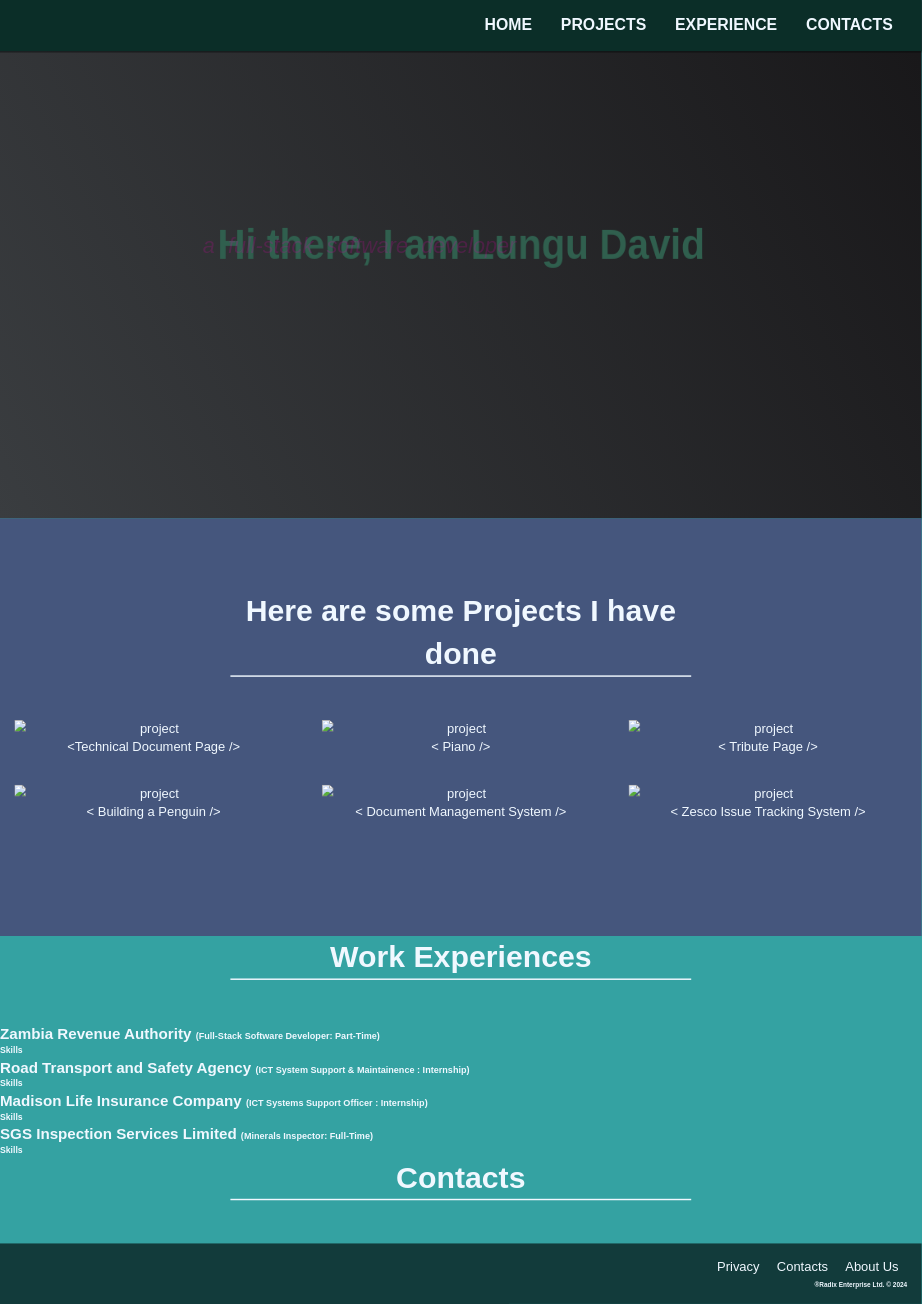
Repository: Lungdjos/personal_portifolio
Page: html/index.html
These files come from the project's save history. The page is drawn as it stood at one moment and after a run of saves; the edit follows.
The browser window is 1280 px wide. The pictures show the whole page, at 72% of full size.

Above is the page before, as saved 2024-02-04 00:21:55.

### html/index.html
<!DOCTYPE html>
<html lang="en">

<head>
    <meta charset="UTF-8">
    <meta name="viewport" content="width=device-width, initial-scale=1.0">
    <title>Personal Portifolio</title>
    <link rel="stylesheet" href="/css/styles.css">
</head>

<body>
    <header class="header">
        <nav id="navbar">
            <ul class="nav-list">
                <li><a href="#Home" class="nav-link"><i class=""></i>Home</a></li>
                <li>
                    <a href="#Projects" class="nav-link"> <i class=""></i>Projects</a>
                </li>
                <li>
                    <a href="#Work-Experience" class="nav-link"> <i class=""></i>Experience</a>
                </li>
                <li><a href="#Contacts" class="nav-link"><i class=""></i>Contacts</a></li>
            </ul>
        </nav>
    </header>
    <main class="m-3">
        <div id="spacer"></div>
        <section class="home" id="Home">
            <div id="welcome-section">
                <h1 id="title">Hi there, I am Lungu David</h1>
                <p id="sub-title"><span>a</span> <span>full-stack</span> <span>software</span> <span>developer</span></p>
            </div>
        </section>

        <div id="spacer"></div>
        <section class="project-section" id="Projects">
            <h2 id="project-heading" class="heading">Here are some Projects I have done</h2>

            <div class="project-grid">
                <a href="" target="_blank" class="project project-title">
                    <img class="project-image" src="" alt="project">
                    <p class="project-title">
                        <span class="code">&lt;</span>Technical Document Page
                        <span class="code">/&gt;</span>
                    </p>

                </a>

                <a href="" target="_blank" class="project project-title">
                    <img class="project-image" src="" alt="project">
                    <p class="project-title">
                        <span class="code">&lt;</span> Piano
                        <span class="code">/&gt;</span>
                    </p>
                </a>

                <a href="" target="_blank" class="project project-title">
                    <img class="project-image" src="" alt="project">
                    <p class="project-title">
                        <span class="code">&lt;</span> Tribute Page
                        <span class="code">/&gt;</span>
                    </p>
                </a>

                <a href="" target="_blank" class="project project-title">
                    <img class="project-image" src="" alt="project">
                    <p class="project-title">
                        <span class="code">&lt;</span> Building a Penguin
                        <span class="code">/&gt;</span>
                    </p>
                </a>

                <a href="" target="_blank" class="project project-title">
                    <img class="project-image" src="" alt="project">
                    <p class="project-title">
                        <span class="code">&lt;</span> Document Management System
                        <span class="code">/&gt;</span>
                    </p>
                </a>

                <a href="" target="_blank" class="project project-title">
                    <img class="project-image" src="" alt="project">
                    <p class="project-title">
                        <span class="code">&lt;</span> Zesco Issue Tracking System
                        <span class="code">/&gt;</span>
                    </p>
                </a>

            </div>
        </section>
        <div id="spacer"></div>
        <section class="work-exp-section" id="Work-Experience">
            <h2 class="heading work-exp-heading">Work Experiences</h2>
            <div id="grid">
                <div id="icon"></div>
                <div class="experience">
                    <h3>Zambia Revenue Authority <small>(Full-Stack Software Developer: Part-Time)</small></h3>
                    <h6 class="skills">Skills</h6>
                    <p>
                        <ul>
                            <li></li>
                            <li></li>
                            <li></li>
                            <li></li>
                        </ul>
                    </p>
                </div>
            </div>

            <div id="grid">
                <div id="icon"></div>
                <div class="experience">
                    <h3>Road Transport and Safety Agency <small>(ICT System Support & Maintainence : Internship)</small></h3>
                    <h6 class="skills">Skills</h6>
                    <p>
                        <ul>
                            <li></li>
                            <li></li>
                            <li></li>
                            <li></li>
                        </ul>
                    </p>
                </div>
            </div>

            <div id="grid">
                <div id="icon"></div>
                <div class="experience">
                    <h3>Madison Life Insurance Company <small>(ICT Systems Support Officer : Internship)</small></h3>
                    <h6 class="skills">Skills</h6>
                    <p>
                        <ul>
                            <li></li>
                            <li></li>
                            <li></li>
                            <li></li>
                        </ul>
                    </p>
                </div>
            </div>

            <div id="grid">
                <div id="icon"></div>
                <div class="experience">
                    <h3>SGS Inspection Services Limited <small>(Minerals Inspector: Full-Time)</small></h3>
                    <h6 class="skills">Skills</h6>
                    <p>
                        <ul>
                            <li></li>
                            <li></li>
                            <li></li>
                            <li></li>
                        </ul>
                    </p>
                </div>
            </div>
        </section>
        <div id="spacer"></div>
        <section class="contact" id="Contacts">
            <h2 class="heading contacts-heading">Contacts</h2>
        </section>
    </main>
    <footer>
        <ul>
            <li><a href="">Privacy</a></li>
            <li><a href="">Contacts</a></li>
            <li><a href="">About Us</a></li>
        </ul>
        <span>&REG;Radix Enterprise Ltd. &copy; 2024</span>
    </footer>
</body>

</html>

### css/styles.css
/** STYLING FOR THE PORTIFOLIO **/


/* the root selector */

:root {
    /* colors */
    --col-1: aliceblue;
    --col-2: grey;
    --bc-1: #34a2a2;
    --bc-2: #0b2e28;
    --bc-3: #123b3b;
    --bc-4: #45567d;
    /* values */
}


/* general stylings */

html {
    font-size: 62.5%;
    box-sizing: border-box;
    scroll-behavior: smooth;
}

* {
    margin: 0;
    padding: 0;
}


/* box-sizing and font sizing */

*,
*::before,
*::after {
    box-sizing: inherit;
}


/* body styling */

body {
    font-family: 'Poppins', sans-serif;
    font-size: 1.8rem;
    font-weight: 400;
    line-height: 1.4;
    color: var(--col-1);
    background-color: var(--bc-1);
}


/* headings styling */

h1,
h2 {
    font-family: 'Raleway', sans-serif;
    font-weight: 600;
    text-align: center;
}

h1 {
    font-size: 6rem;
}

h2 {
    font-size: 4.2rem;
}


/* List and anchor styling */

ul {
    list-style: none;
}

a {
    color: var(--col-1);
    text-decoration: none;
}

img {
    display: block;
    width: 100%;
}


/** NAVIGATION BAR */


/* nav bar styling */

nav {
    font-weight: 600;
}

.header {
    display: flex;
    justify-content: flex-end;
    position: fixed;
    top: 0;
    left: 0;
    width: 100%;
    box-shadow: 0 2px 0 rgba(0, 0, 0, 0.4);
    z-index: 10;
    background-color: var(--bc-2);
}

nav>ul {
    display: flex;
    margin-right: 2rem;
    text-transform: uppercase;
}

.nav-list a {
    display: block;
    font-size: 2.2rem;
    padding: 2rem;
}

.nav-list a:hover {
    background: var(--bc-4);
}


/* body styling */

#spacer {
    max-width: 1000px;
    width: 100%;
    margin: 0 auto;
}

main>li {
    list-style-type: disc;
}


/** HOME PAGE */


/* Styling or the Home Page */

.home {
    width: 100%;
    height: 100vh;
    display: flex;
    flex-direction: column;
    justify-content: center;
    align-items: center;
    background: inherit;
    background-image: linear-gradient(62deg, #3a3d40 0%, #181719 100%);
}

#welcome-section>p {
    font-size: 3rem;
    font-weight: 200;
    font-style: italic;
    color: #d0a;
}

#title {
    transform-origin: center;
    animation: rotateAndChangeColor 14s infinite ease-in-out;
}

#sub-title {
    text-indent: 10px;
}

#sub-title span {
    display: inline-block;
    animation: fallAnimation 4s infinite ease-in-out forwards;
}


/** PROJECTS */


/* styling for projects */

.project-section {
    text-align: center;
    padding: 10rem 2rem;
    background: var(--bc-4);
}

.heading {
    max-width: 640px;
    margin: 0 auto 6rem auto;
    border-bottom: .2rem solid var(--col-1);
}


/* grids */

.project-grid {
    display: grid;
    grid-template-columns: repeat(auto-fit, minmax(360px, 1fr));
    grid-gap: 4rem;
    width: 100%;
    max-width: 1280px;
    margin: 0 auto;
    margin-bottom: 6rem;
}

.project {
    background: var()
}


/* Work Experience */

.work-exp-section small {
    font-size: 60%;
}


/* #Work-Experience #icon {
    display: flex;
    flex-direction: column;
    justify-content: center;
    height: 150px;
    width: 20vw;
}

#Work-Experience .experience {
    display: flex;
    flex-direction: column;
    justify-content: center;
    height: 125px;
    width: 80vw;
    padding: 5px;
} */


/** FOOTER */


/* footer styling */

footer {
    margin-top: 25px;
    padding: 20px;
    width: 100%;
    background-color: var(--bc-3);
}

footer>ul {
    display: flex;
    justify-content: flex-end;
}

footer>ul>li {
    padding: 0 12px;
}

footer>span {
    display: flex;
    justify-content: flex-end;
    margin-top: 6px;
    font-size: .9rem;
    font-weight: bold;
}


/** ANIMATIONS AND EFFECTS */


/* Welcome Page Animations */

@keyframes rotateAndChangeColor {
    0% {
        transform: rotateY(0deg);
        color: #333;
    }
    30% {
        transform: rotateY(360deg);
        color: #2e604a;
    }
    60% {
        transform: rotate(0deg);
        color: #45567d;
    }
    90% {
        transform: rotate(360deg);
        color: #ff6347;
    }
}

@keyframes fallAnimation {
    0% {
        transform: translateY(-60px);
        opacity: 0;
    }
    50% {
        transform: translateY(-60px);
        opacity: 0.4;
    }
    100% {
        transform: translateY(0);
        opacity: 1;
    }
}


/** STYLING FOR SMALL DEVICES */


/* 1200px / 16px = 75em */

@media (max-width: 75em) {
    html {
        font-size: 60%;
    }
}


/* 980px / 16px = 61.25em */

@media (max-width: 61.25em) {
    html {
        font-size: 58%;
    }
}


/* 460px / 16px = 28.75em */

@media (max-width: 28.75em) {
    html {
        font-size: 55%;
    }
}


/* nav bar media queries */

@media (max-width: 28.75em) {
    #navbar {
        justify-content: center;
    }
    .nav-list {
        margin: 0 1rem;
    }
}


/* projects media query */

@media (max-width: 28.75em) {
    #project-heading {
        font-size: 4rem;
    }
}

After the next 2 saves:
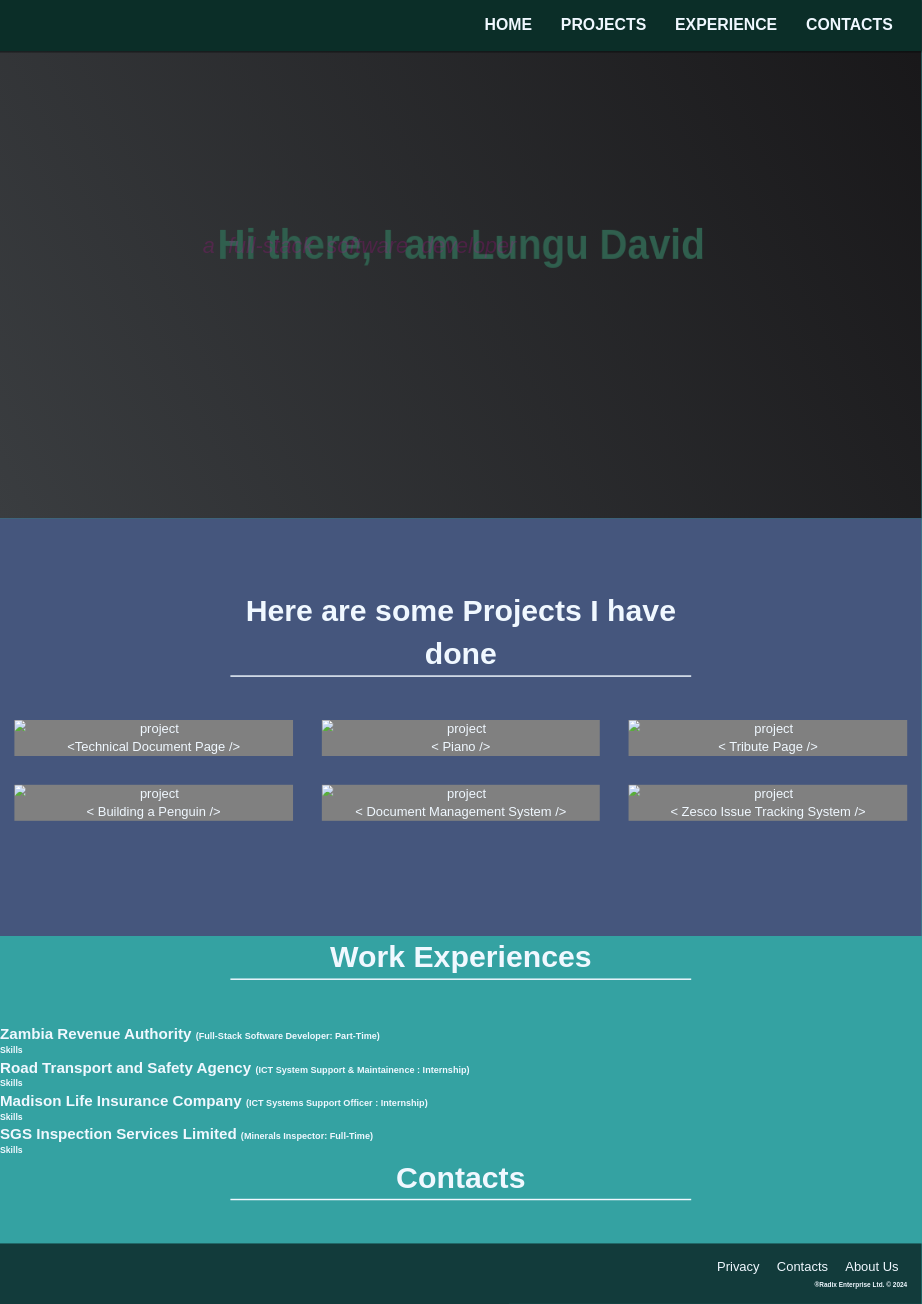
The 2 saves are shown as one change because they came seconds apart.
The last was saved 7 s later.
--- a/css/styles.css
+++ b/css/styles.css
@@ -205,7 +205,7 @@ main>li {
 }
 
 .project {
-    background: var()
+    background: var(--col-2);
 }
 
 
